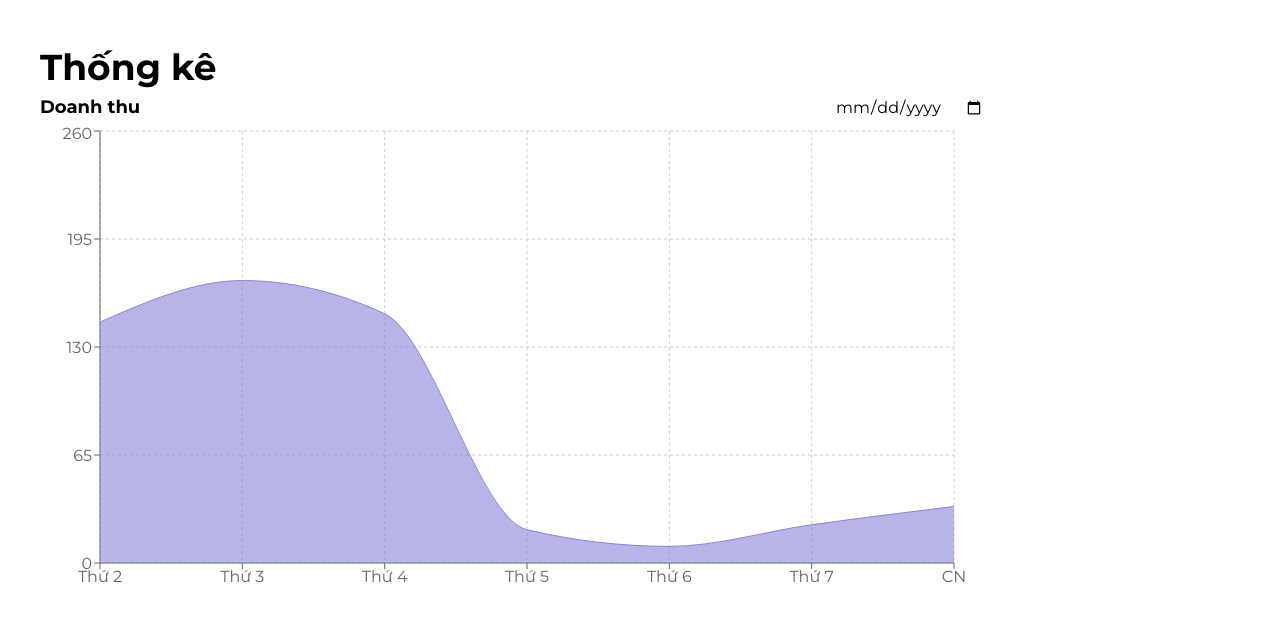
Repository: iphoneboy46/AltaMediaCMS
Page: /
An editor plug-in stored every save of this project. The page is shown before and after the next save, followed by the edit.
The browser window is 1280 px wide. The pictures show the whole page.
Some web libraries are served in a nearby version. The project was rebuilt for these pictures with package versions that can differ from the ones it lists, and the page was loaded fresh each time.

Above is the page before, as saved 2023-03-26 22:10:55.

After the next save:
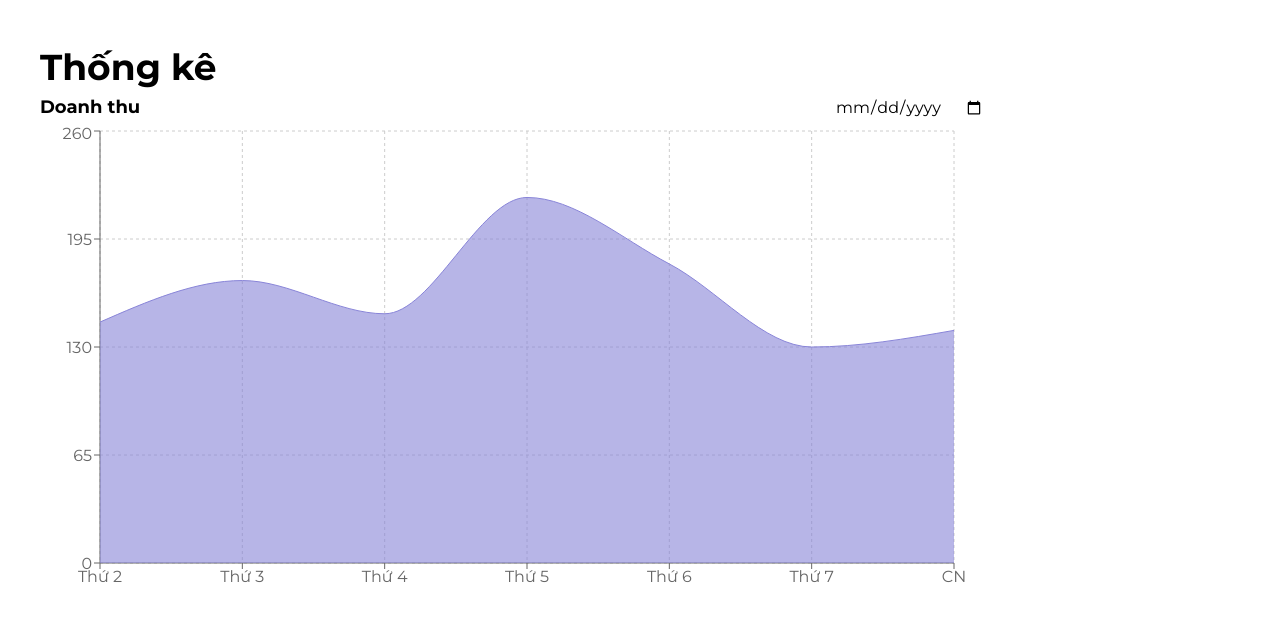
Saved 82 s later.
--- a/src/components/Charts/Charts.tsx
+++ b/src/components/Charts/Charts.tsx
@@ -29,22 +29,22 @@ function Charts() {
     },
     {
       name: "Thứ 5",
-      uv: 20,
+      uv: 220,
 
     },
     {
       name: "Thứ 6",
-      uv: 10,
+      uv: 180,
 
     },
     {
       name: "Thứ 7",
-      uv: 23,
+      uv: 130,
 
     },
     {
       name: "CN",
-      uv: 34,
+      uv: 140,
 
     },
   ];
